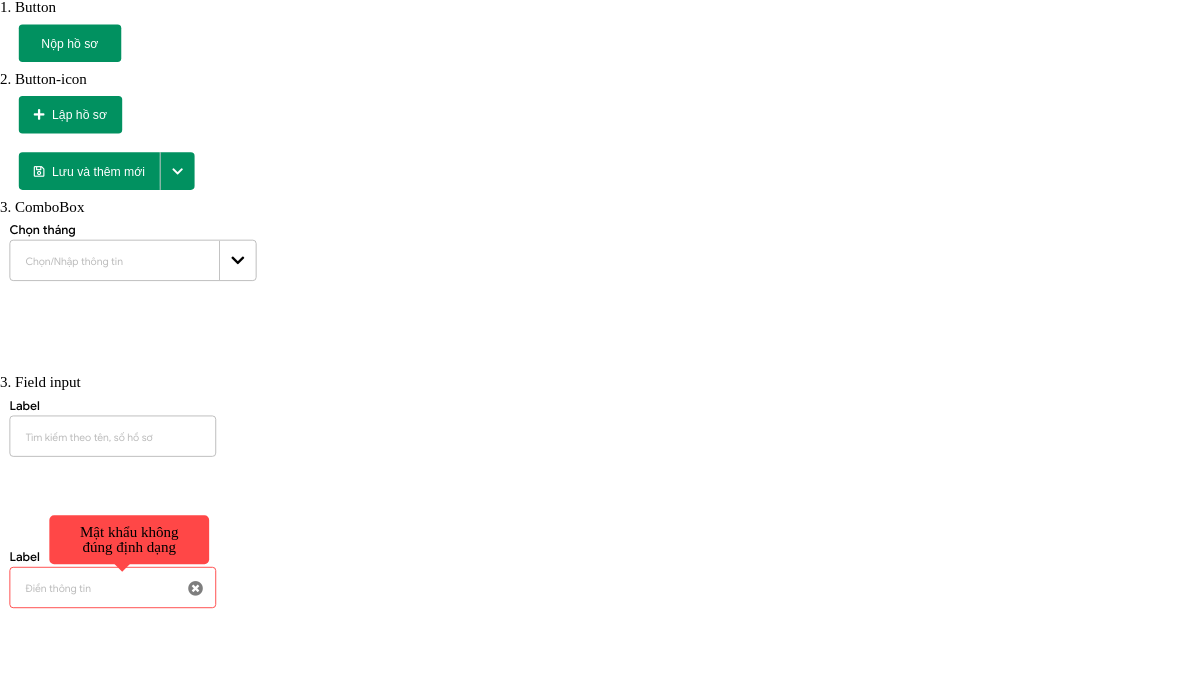
Repository: DAOVANLOI2K1/cukcuk_employeeGrid
Page: Page/index.html
The author's editor kept a copy of each file at every save. The page is drawn from the files as they stood at one save, then again after the next save.
The browser window is 1280 px wide. The pictures show the whole page, at 94% of full size.

Above is the page before, as saved 2022-06-28 10:10:24.

After the next save:
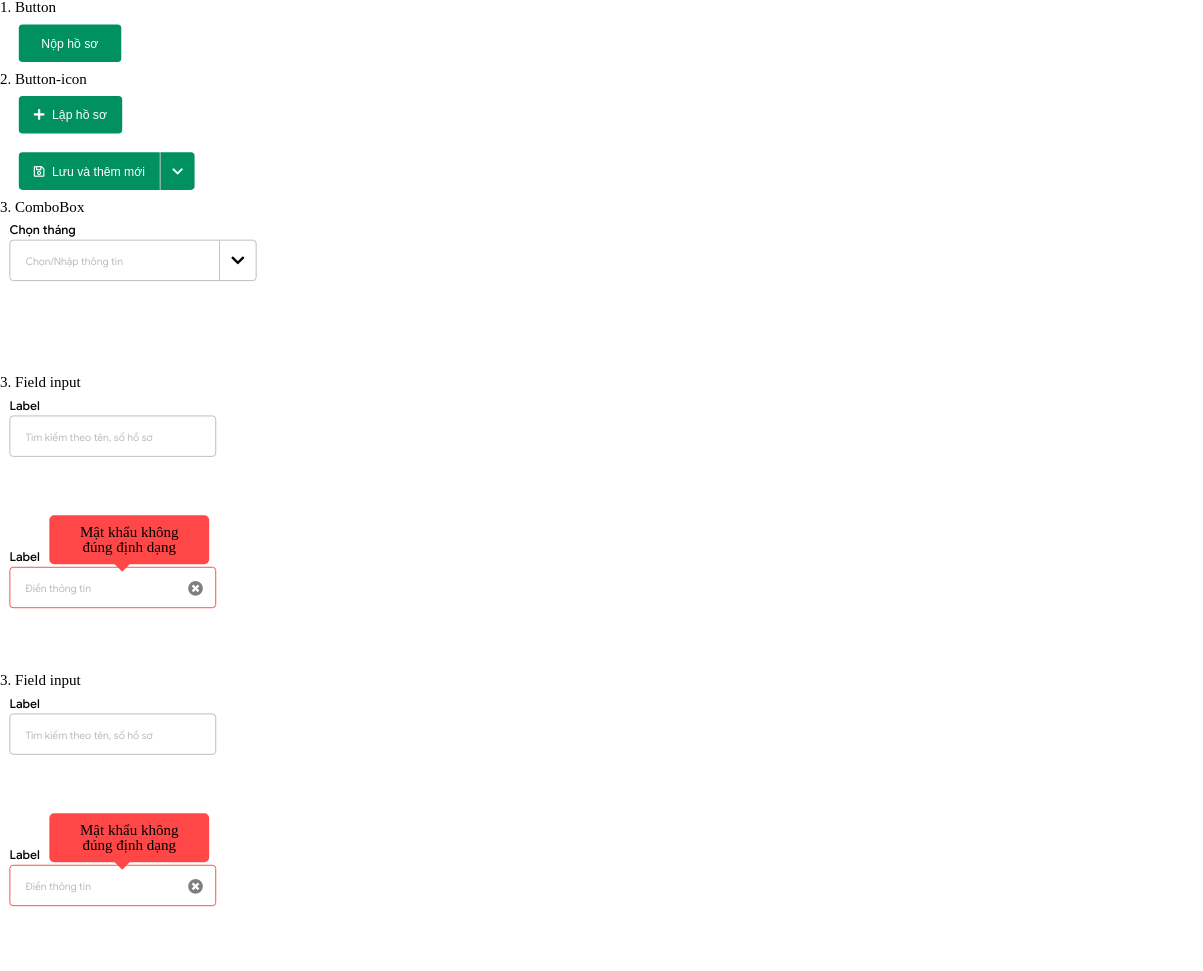
Saved 22 s later.
--- a/Page/index.html
+++ b/Page/index.html
@@ -53,6 +53,19 @@
         </div>
         <i class="fas fa-times-circle error_icon"></i>
     </div>
+    <label>3. Field input</label>
+    <div class="row">
+        <h3 class="label">Label</h3>
+        <input type="text" class="ms-input" placeholder="Tìm kiếm theo tên, số hồ sơ">
+    </div>
+    <div class="row" style="margin-top: 100px;">
+        <h3 class="label">Label</h3>
+        <input type="text" class="ms-input error_input" placeholder="Điền thông tin">
+        <div class="error_box">
+            <h2 class="error_message">Mật khẩu không đúng định dạng</h2>
+        </div>
+        <i class="fas fa-times-circle error_icon"></i>
+    </div>
     <script src="../js/main.js"></script>
 </body>
 </html>
